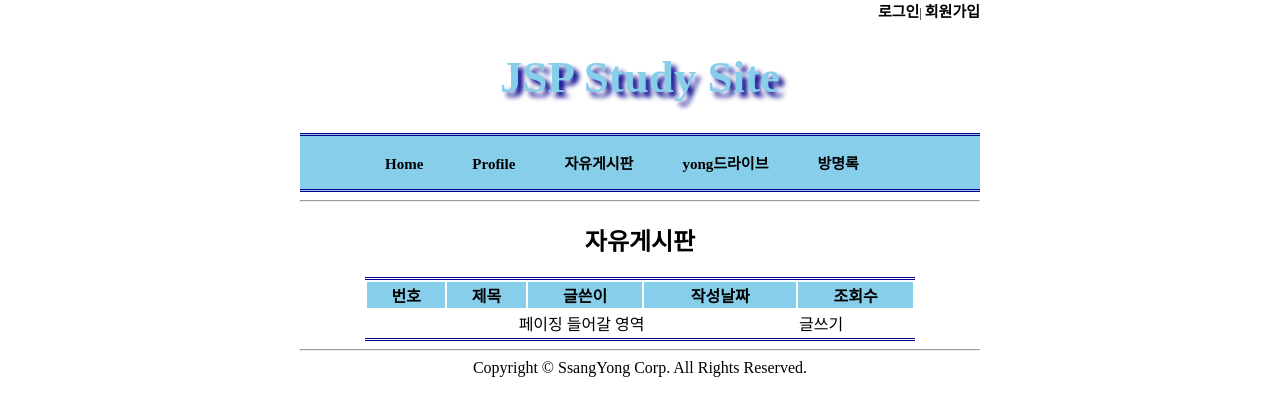
Repository: Rege-97/test
Page: http://localhost/myweb/bbs/bbsList.jsp
The author's editor kept a copy of each file at every save. The page is drawn from the files as they stood at one save, then again after the next save.
The browser window is 1280 px wide. The pictures show the whole page.
The page is served by Tomcat 9. Other server files are loaded and not shown.

Above is the page before, as saved 2025-03-24 00:26:09.

### myweb/src/main/webapp/bbs/bbsList.jsp
<%@ page language="java" contentType="text/html; charset=UTF-8" pageEncoding="UTF-8"%>
<!DOCTYPE html>
<html>
<head>
<meta charset="UTF-8">
<title>Insert title here</title>
<link rel="stylesheet" type="text/css" href="/myweb/css/mainLayout.css">
<style>
h2 {
	text-align: center;
}

table {
	width: 550px;
	margin: 0px auto;
	border-top: 3px double darkblue;
	border-bottom: 3px double darkblue;
}

table thead th {
	background-color: skyblue;
}
</style>
</head>
<body>
	<%@include file="/header.jsp"%>
	<section>
		<article>
			<h2>자유게시판</h2>
			<table>
				<thead>
					<tr>
						<th>번호</th>
						<th>제목</th>
						<th>글쓴이</th>
						<th>작성날짜</th>
						<th>조회수</th>
					</tr>
				</thead>
				<tfoot>
					<tr>
						<td colspan="4" align="center">페이징 들어갈 영역</td>
						<td>글쓰기</td>
					</tr>
				</tfoot>
			</table>
		</article>
	</section>
	<%@include file="/footer.jsp"%>
</body>
</html>

### myweb/src/main/webapp/header.jsp
<%@ page language="java" contentType="text/html; charset=UTF-8" pageEncoding="UTF-8"%>
<jsp:useBean id="mdao" class="com.yong.member.MemberDAO"></jsp:useBean>
<!-- 상단으로 구분 -->
<script>
	function openLogin() {
		window
				.open('/myweb/member/login.jsp', 'login',
						'width=450 ,height=350');
	}
</script>
<%
String sname = (String) session.getAttribute("sname");
%>
<header>
	<%
	if (sname == null) {
	%>
	<div>
		<a href="javascript:openLogin()">로그인</a>| <a href="/myweb/member/memberJoin.jsp">회원가입</a>
	</div>
	<%
	} else {
	%>
	<div><%=sname%>님 로그인중... | <a href="/myweb/member/logout.jsp">로그아웃</a>
	</div>
	<%
	}
	%>


	<h1>JSP Study Site</h1>
	<!-- 메뉴 영역으로 구분 -->
	<nav>
		<ul>
			<li><a href="/myweb/index.jsp">Home</a></li>
			<li><a href="/myweb/profile.jsp">Profile</a></li>
			<li><a href="/myweb/bbs/bbsList.jsp">자유게시판</a></li>
			<li><a href="/myweb/webfolder/webfolder.jsp">yong드라이브</a></li>
			<li><a href="#">방명록</a></li>
		</ul>
	</nav>
	<hr>
</header>

### myweb/src/main/webapp/footer.jsp
<%@ page language="java" contentType="text/html; charset=UTF-8"
	pageEncoding="UTF-8"%>
<!-- 하단으로 구분 -->
<footer>
	<hr>
	<div>Copyright &copy; SsangYong Corp. All Rights Reserved.</div>
</footer>

### myweb/src/main/java/com/yong/member/MemberDAO.java
package com.yong.member;

import java.util.*;

import com.yong.emp.EmpDTO;

import java.sql.*;
import java.sql.Date;

public class MemberDAO {

	private Connection conn;
	private PreparedStatement ps;
	private ResultSet rs;

	public static final int NOT_ID = 1;
	public static final int NOT_PWD = 2;
	public static final int LOGIN_OK = 3;
	public static final int ERROR = -1;

	public MemberDAO() {

	}

	/** 회원가입 관련 메서드 */
	public int memberJoin(MemberDTO mdto) {

		try {
			conn = com.yong.db.YongDB.getConn();
			String sql = "insert into jsp_member values(jsp_member_idx.nextval," + "?,?,?,?,?,?,sysdate)";
			ps = conn.prepareStatement(sql);
			ps.setString(1, mdto.getId()); // dto로부터 getId가져옴
			ps.setString(2, mdto.getPwd());
			ps.setString(3, mdto.getName());
			ps.setString(4, mdto.getEmail());
			ps.setString(5, mdto.getTel());
			ps.setString(6, mdto.getAddr());
			int count = ps.executeUpdate(); // 결과 리턴해주면 비즈니스 로직 끝
			return count; // 리턴

		} catch (Exception e) {
			e.printStackTrace();
			return -1; // 무언가가 잘못됐을 경우 양수만 아니면 되므로 -1 넣어서 무언가 잘못됐다고 알려줌
		} finally {
			try {
				if (ps != null)
					ps.close();
				if (conn != null)
					conn.close();
			} catch (Exception e2) {
			}
		}
	}

	/** 아이디 중복검사 관련 메서드 */
	public boolean idCheck(String userid) {
		try {
			conn = com.yong.db.YongDB.getConn();
			String sql = " select * from jsp_member where id=?"; // 조회된 데이터가 있냐 없냐가 중요
			// id로 검색(검사)아이디 가져올거임

			ps = conn.prepareStatement(sql);
			ps.setString(1, userid);
			rs = ps.executeQuery(); // 있냐 ,없냐 판단하므로 데이터 가져올 필요없음//result에 물어보기만 하먄됨
			return rs.next(); // 데이터 있냐 있으면 true, 없으면 false가 자동으로 돌아감
		} catch (Exception e) {
			e.printStackTrace();
			return false; // 중복검사했을 때 통과될 수 있도록 false로 함
		} finally {
			try {

				if (rs != null)
					rs.close();
				if (ps != null)
					ps.close();
				if (conn != null)
					conn.close();
			} catch (Exception e2) {
			}
		}
	}

	/** 회원 검색 관련 메서드 */
	public ArrayList<MemberDTO> memberFind(String fkey, String fvalue) {
		try {
			conn = com.yong.db.YongDB.getConn();

			String sql = "select * from jsp_member where " + fkey + "=?";

			ps = conn.prepareStatement(sql);
			ps.setString(1, fvalue);
			rs = ps.executeQuery();

			ArrayList<MemberDTO> arr = new ArrayList<MemberDTO>();

			while (rs.next()) {
				int idx = rs.getInt("idx");
				String id = rs.getString("id");
				String pwd = rs.getString("pwd");
				String name = rs.getString("name");
				String email = rs.getString("email");
				String tel = rs.getString("tel");
				String addr = rs.getString("addr");
				Date joindate = rs.getDate("joindate");

				MemberDTO dto = new MemberDTO(idx, id, pwd, name, email, tel, addr, joindate);
				arr.add(dto);
			}

			return arr;
		} catch (Exception e) {
			e.printStackTrace();
			return null;
		} finally {
			try {

				if (rs != null)
					rs.close();
				if (ps != null)
					ps.close();
				if (conn != null)
					conn.close();
			} catch (Exception e2) {
			}
		}
	}

	public int loginCheck(String userid, String userpwd) {

		try {
			conn = com.yong.db.YongDB.getConn();
			String sql = "Select pwd from jsp_member where id=?";
			ps = conn.prepareStatement(sql);
			ps.setString(1, userid);
			rs = ps.executeQuery();

			if (rs.next()) {
				String dbpwd = rs.getString("pwd");
				if (dbpwd.equals(userpwd)) {
					return LOGIN_OK;
				} else {
					return NOT_PWD;
				}
			} else {
				return NOT_ID;
			}

		} catch (Exception e) {
			e.printStackTrace();
			return ERROR;
		} finally {
			try {
				if (rs != null)
					rs.close();
				if (ps != null)
					ps.close();
				if (conn != null)
					conn.close();
			} catch (Exception e2) {

			}
		}
	}

	public String getUserInfo(String userid) {
		try {
			conn = com.yong.db.YongDB.getConn();
			String sql = "Select name from jsp_member where id=?";
			ps = conn.prepareStatement(sql);

			ps.setString(1, userid);
			rs = ps.executeQuery();
			rs.next();
			return rs.getString(1);
		} catch (Exception e) {
			e.printStackTrace();
			return null;
		} finally {
			try {
				if (rs != null)
					rs.close();
				if (ps != null)
					ps.close();
				if (conn != null)
					conn.close();
			} catch (Exception e2) {

			}
		}

	}
}

### myweb/src/main/webapp/css/mainLayout.css
@charset "UTF-8";

body {
	width: 680px;
	margin: 0px auto;
}

header {
	width: 680px;
}

header div {
	text-align: right;
	font-size: 12px;
}

header h1 {
	text-align: center;
	font-size: 45px;
	color: skyblue;
	text-shadow: 5px 5px 5px darkblue;
}

header nav {
	background-color: skyblue;
	border-top: 3px double darkblue;
	border-bottom: 3px double darkblue;
}

header nav li {
	list-style-type: none;
	display: inline;
	padding-left: 45px;
}

header a {
	color: black;
	text-decoration: none;
	font-size: 15px;
	font-weight: bold;
}

section {
	width: 680px;
}

#mainImg {
	width: 300px;
	float: left;
}

#mainImg img {
	width: 300px;
	height: 250px;
}

#mainSubmenu {
	float: left;
}

footer {
	width: 680px;
	clear: both;
}

footer div {
	text-align: center;
}

After the next save:
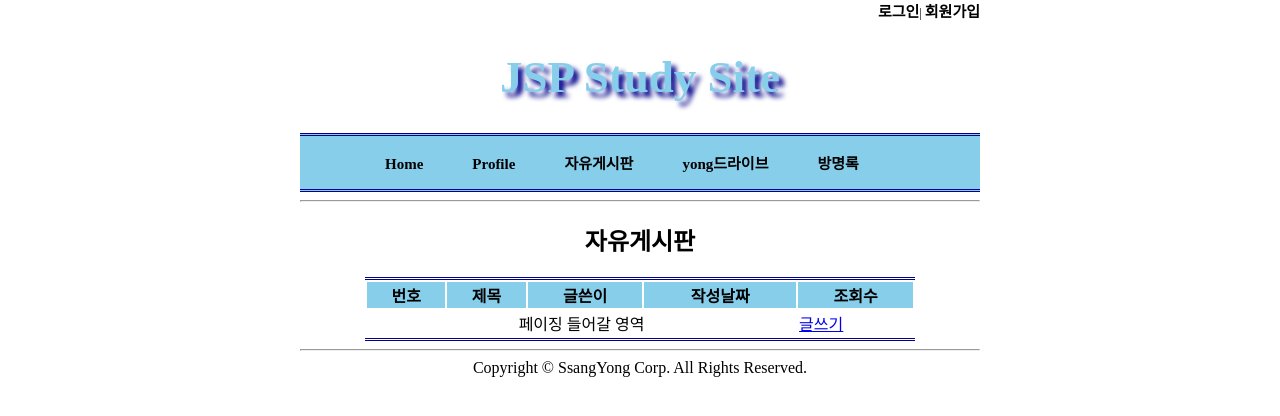
Saved 41 s later.
--- a/myweb/src/main/webapp/bbs/bbsList.jsp
+++ b/myweb/src/main/webapp/bbs/bbsList.jsp
@@ -40,7 +40,7 @@ table thead th {
 				<tfoot>
 					<tr>
 						<td colspan="4" align="center">페이징 들어갈 영역</td>
-						<td>글쓰기</td>
+						<td><a href="bbsWrite.jsp">글쓰기</a></td>
 					</tr>
 				</tfoot>
 			</table>
